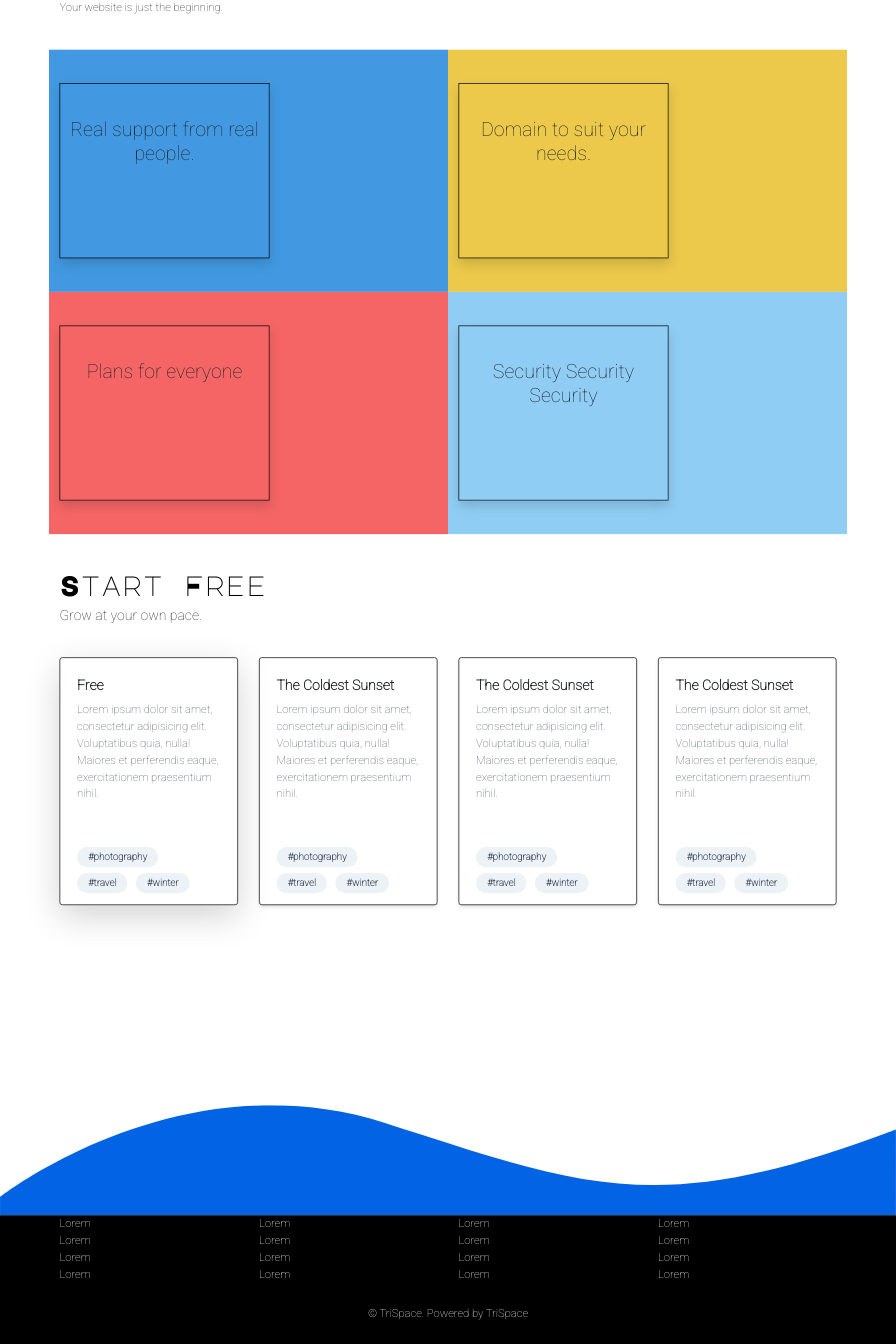
Repository: latenightsnacc/TriSpace
Page: home.html
These files come from the project's save history. The page is drawn as it stood at one moment and after the next save; the edit follows.
The browser window is 1280 px wide. The pictures show the part of the page from y = 3310 to 5230 px (the page is 5230 px tall), at 70% of full size.
The style sheet was rebuilt from its Sass, Less or Tailwind sources for each picture, by a compiler version that may differ from the author's.

Above is the page before, as saved 2020-11-20 10:10:43.

After the next save:
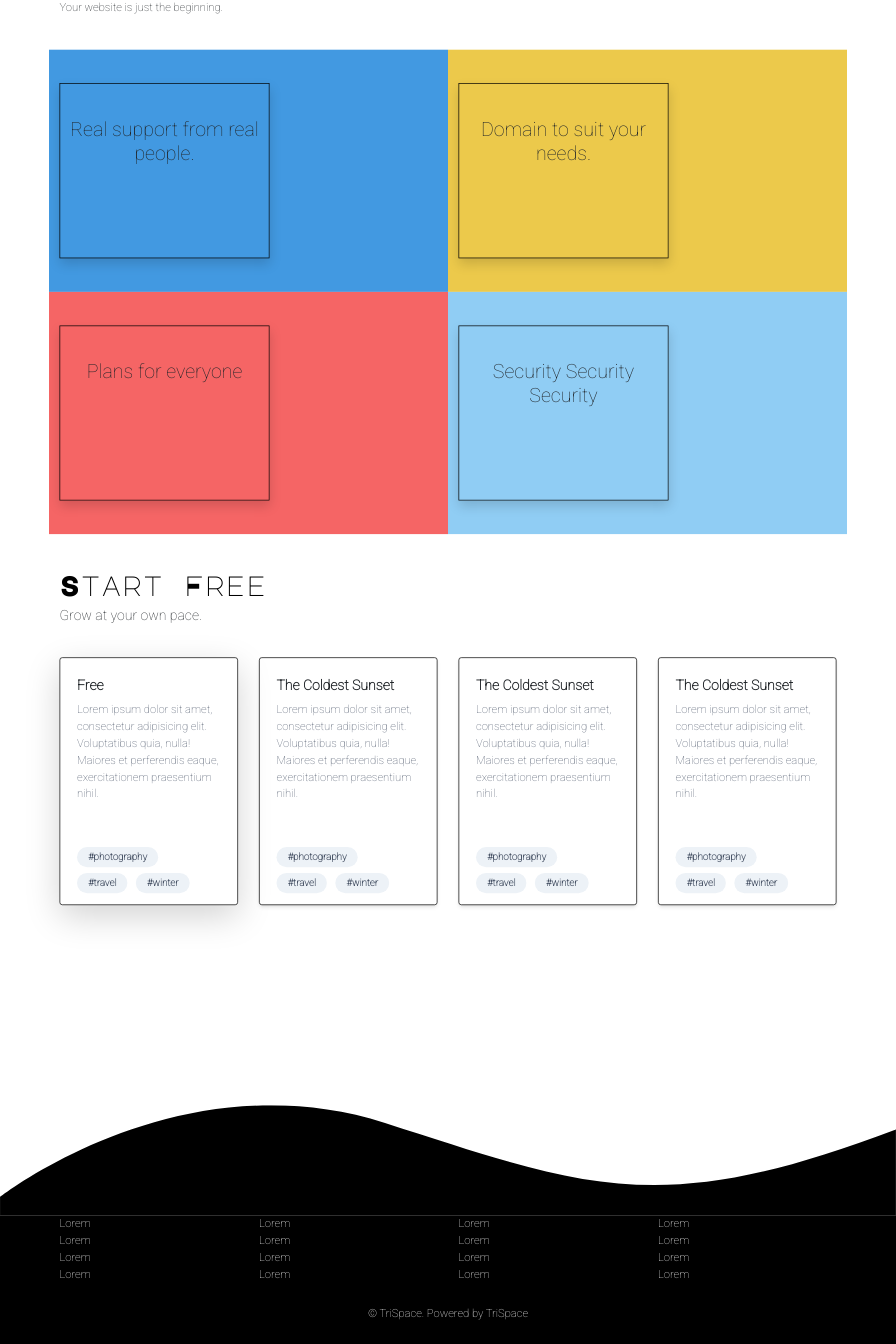
Saved 42 s later.
--- a/home.html
+++ b/home.html
@@ -284,7 +284,7 @@
         <svg id="curve" data-name=" Layer 1" xmlns="https://www.w3.org/2000/svg" viewBox= "0 0 1416.99 174.01">
             <defs>
                 <style>
-                    .cls-1{fill: #0263e4;}
+                    .cls-1{fill: #000;}
                 </style>
             </defs>
             <title>Wavy Background</title>
